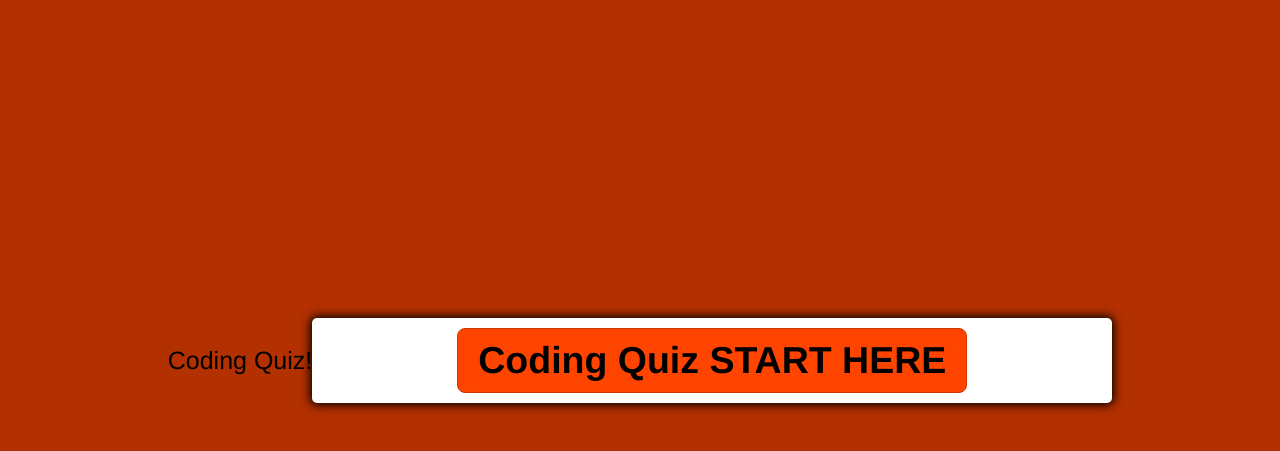
Repository: Vshepard879/Code-Quiz
Page: index.html
These files come from the project's save history. The page is drawn as it stood at one moment and after the next save; the edit follows.
The browser window is 1280 px wide. The pictures show the whole page.

Above is the page before, as saved 2022-03-18 05:46:44.

### index.html
<!DOCTYPE html>
<html lang="en">
<head>
    <meta charset="UTF-8">
    <meta http-equiv="X-UA-Compatible" content="IE=edge">
    <meta name="viewport" content="width=device-width, initial-scale=1.0">
    <link href="./assets/css/style.css" link rel="stylesheet">
    <script defer src="./assets/js/script.js"></script>
    <title>Quiz App</title>
</head>

<body>
    <header>Coding Quiz!</header>
    <!--Start Quiz Container-->
    <div class="container">
        <div id="question-container" class="hide">
                <div id="question">Question</div>
                <div id="answer-buttons" class="btn-grid">
                <button class="btn">Answer 1</button>
                <button class="btn">Answer 2</button>
                <button class="btn">Answer 3</button>
                <button class="btn">Answer 4</button>
            </div>
        </div>
        <div class="controls">
            <button id="start-btn" class="start-btn btn">Coding Quiz START HERE</button>
            <button id="next-btn" class="next-btn btn hide">Next</button>
        </div>
    </div>
</body>
</html>

### assets/css/style.css
*, *::before, *::after {
    box-sizing: border-box;
    font-family: 'Franklin Gothic Medium', 'Arial Narrow', Arial, sans-serif;
    font-size: 25px;
}

:root {
    --hue-neutral: 16;
    --hue-wrong: 0;
    --hue-correct: 145;
}

header {
    display: flex;
    justify-content: center;
    align-items:baseline
}
body{
    --hue: var(--hue-neutral);
    padding: 0;
    margin: 0;
    display: flex;
    width: 100vw;
    height: 100vh;
    justify-content:center;
    align-items:center;
    background-color:hsl(var(--hue), 100%, 35%);
}




body.correct {
    --hue: var(--hue-correct);
}

body.wrong {
    --hue: var(--hue-wrong);
}


.container {
    width: 800px;
    max-width: 70%;
    background-color: white;
    border-radius: 5px;
    padding: 10px;
    box-shadow: 0 0 10px 2px;
}

.btn-grid {
    display: grid;
    grid-template-columns: repeat(2, auto);
    gap: 15px;
    margin: 20px 0;
}


.btn {
    --hue: var(--hue-neutral);
    border: 1px solid hsl(var(--hue),100%, 40%);
    background-color: hsl(var(--hue), 100%, 50%);
    border-radius: 8px;
    padding: 5px 10px;
    color: black;
    outline: none;
}

.btn:hover {
    border-color: black;
}

.btn.correct {
    --hue: var(--hue-correct)
}

.btn.wrong {
    --hue: var(--hue-wrong)
}

.start-btn, .next-btn {
    font-size: 1.5rem;
    font-weight: bold;
    padding: 10px 20px;
}

.controls {
    display: flex;
    justify-content: center;
    align-items: center;
    gap: 5px;
}

.hide {
    display: none;
}

### assets/js/script.js
const startButton = document.getElementById('start-btn')
const nextButton = document.getElementById('next-btn')
const questionContainerElement = document.getElementById('question-container')
const questionElement = document.getElementById( 'question')
const answerButtonsElement = document.getElementById('answer-buttons')
let shuffledQuestions, currentQuestionIndex

startButton.addEventListener('click', startQuiz)
nextButton.addEventListener('click', () => {
    currentQuestionIndex++
    setNextQuestion()
})
function startQuiz() {
startButton.classList.add('hide')
 shuffledQuestions = questions.sort(() => Math.random() - .5)
currentQuestionIndex = 0
questionContainerElement.classList.remove('hide')
setNextQuestion()
}

function setNextQuestion() {
    resetState()
    showQuestion(shuffledQuestions[currentQuestionIndex])
    }
function showQuestion(question) {
    questionElement.innerText =question.question
    question.answers.forEach(answer => {
        const button = document.createElement('button')
        button.innerText = answer.text
        button.classList.add('btn')
      if   (answer.correct) {
          button.dataset.correct = answer.correct
      }
      button.addEventListener('click', selectAnswer)
      answerButtonsElement.appendChild(button)
    })
}

function resetState() {
    nextButton.classList.add('hide')
    while (answerButtonsElement.firstChild) {
        answerButtonsElement.removeChild
        (answerButtonsElement.firstChild)
    }
}
function selectAnswer(v) {
const selectedButton = v.target
const correct =selectedButton.dataset.correct
setStatusClass(document.body, correct)
Array.from(answerButtonsElement.children).forEach(button => {
    setStatusClass(button, button.dataset.correct)
})
if (shuffledQuestions.length > currentQuestionIndex +1) {
    nextButton.classList.remove('hide')
} else {
    startButton.innerText = 'Restart'
    startButton.classList.remove('hide')
}
nextButton.classList.remove('hide')
}

function setStatusClass(element, correct) {
    clearStatusClass(element)
    if (correct) {
        element.classList.add('correct')
    } else {
        element.classList.add('wrong')
    }

    function clearStatusClass(element) {
        element.classList.remove('correct')
        element.classList.remove('wrong')
    }

}

const questions = [
    {
        question: 'Which of these is not one of the 3 Initial coding languages?',
        answers: [
            { text:'Python', correct: true},
            { text:'HTML', correct: false},
            { text:'CSS', correct: false},
            { text:'JavaScript', correct: false},
        ]
    },
    {
        question: 'What does the C in CSS stand for?',
        answers: [
            { text:'Chocolate', correct: false},
            { text:'Corporate', correct: false},
            { text:'Cascading', correct: true},
            { text:'Computer', correct: false},
        ]
    },
    {
        question: 'Arrays in Javascript can be used to store?',
        answers: [
            { text:'Numbers and Strings', correct: false},
            { text:'Booleans', correct: false},
            { text:'Other Arrays', correct: false},
            { text:'All of the above', correct: true},
        ]
    },
    {
        question: 'The condition in an if/else statement are store in?',
        answers: [
            { text:'Parenthesis', correct: true},
            { text:'curly brackets', correct: false},
            { text:'brackets', correct: false},
            { text:'commas', correct: false},
        ]},
        {
            question: 'A very useful tool during the development and debugging stage used to print to the debugger is?',
            answers: [
                { text:'Array', correct: false},
                { text:'.dataset', correct: false},
                { text:'console.log', correct: true},
                { text:'=>', correct: false},
            ]},
            {
                question: 'Commonly used data types do not include?',
                answers: [
                    { text:'Booleans', correct: false},
                    { text:'Strings', correct: false},
                    { text:'Numbers', correct: false},
                    { text:'Alerts', correct: true},
                ]},
            ]

After the next save:
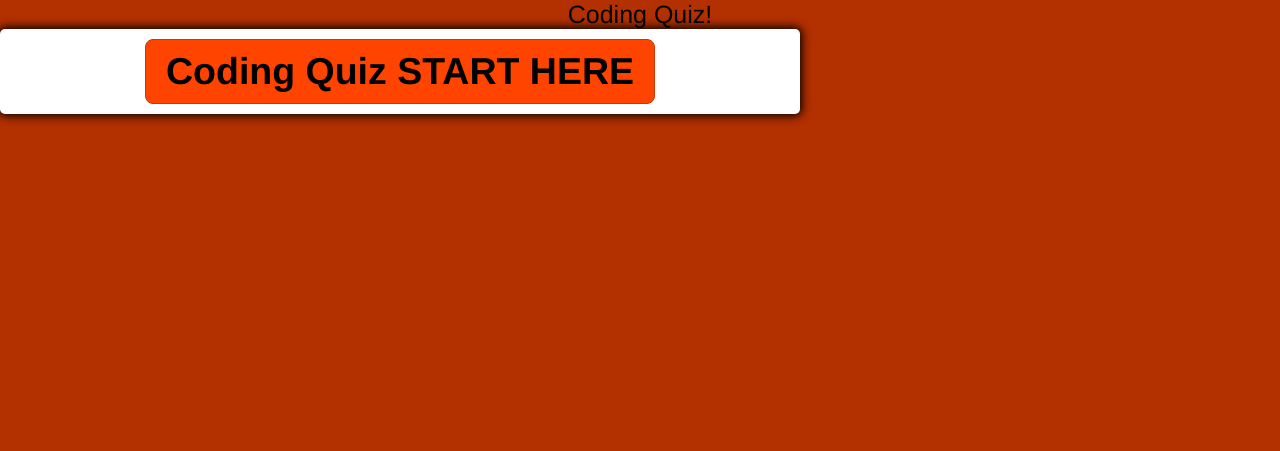
Saved 16 s later.
--- a/assets/css/style.css
+++ b/assets/css/style.css
@@ -19,7 +19,7 @@
     --hue: var(--hue-neutral);
     padding: 0;
     margin: 0;
-    display: flex;
+    display: flexbox;
     width: 100vw;
     height: 100vh;
     justify-content:center;

After the 3 saves that followed:
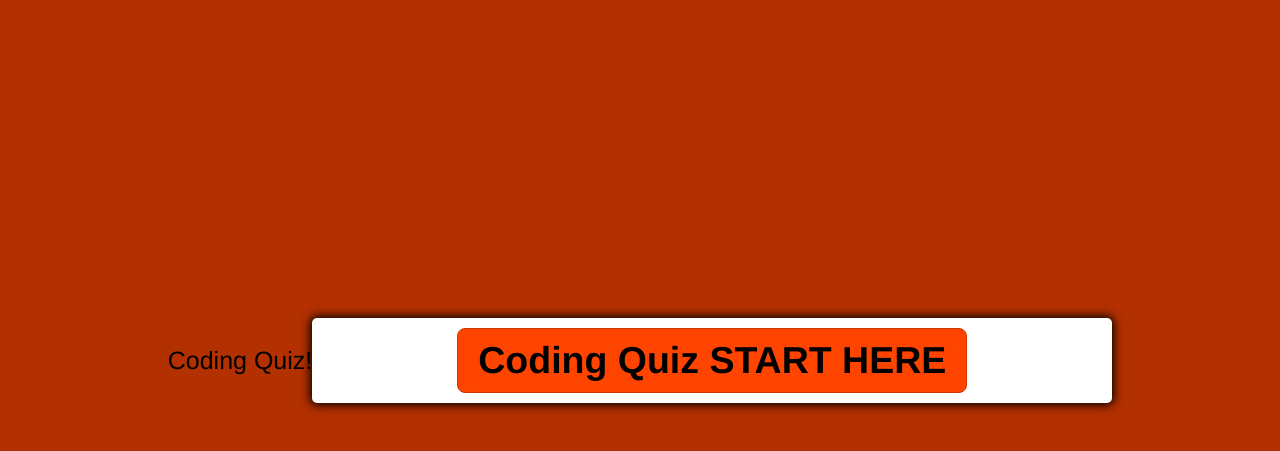
The 3 saves are shown as one change because 2 left the picture as it was.
The last was saved 69 s later.
--- a/assets/css/style.css
+++ b/assets/css/style.css
@@ -19,7 +19,7 @@
     --hue: var(--hue-neutral);
     padding: 0;
     margin: 0;
-    display: flexbox;
+    display: flex;
     width: 100vw;
     height: 100vh;
     justify-content:center;
